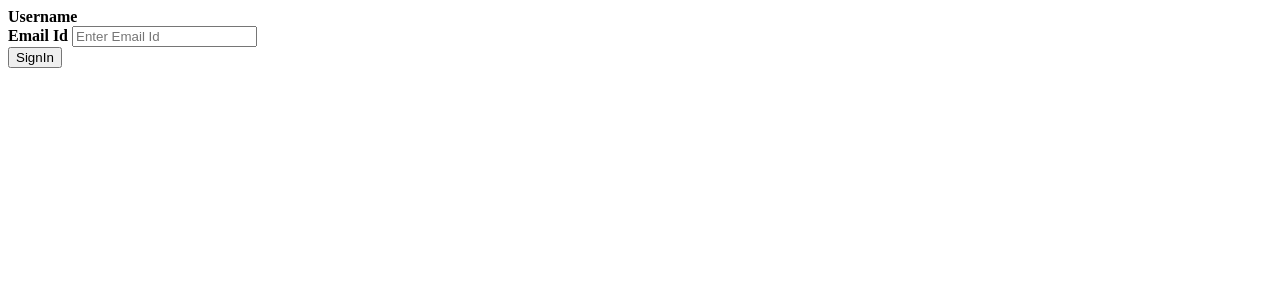
Repository: Lasya-Kankata/FSD_with_java
Page: Servlet-jsp-SessionApp/src/main/webapp/index.html
An editor plug-in stored every save of this project. The page is shown before and after the next save, followed by the edit.
The browser window is 1280 px wide. The pictures show the whole page.

Above is the page before, as saved 2024-06-05 09:54:12.

### Servlet-jsp-SessionApp/src/main/webapp/index.html
<!DOCTYPE html>
<html>
<head>
<meta charset="ISO-8859-1">
<title>Login Page</title>
</head>
<body>
	<form action="SessionServlet">
	<label for="username"><b>Username</b></label>
	<br>
	<label for="emailid"><b>Email Id</b></label>
	<input type="text" placeholder="Enter Email Id" name="emailid"
	required>
	<br>
	<input type="submit" value="SignIn"></form>
</body>
</html>

After the next save:
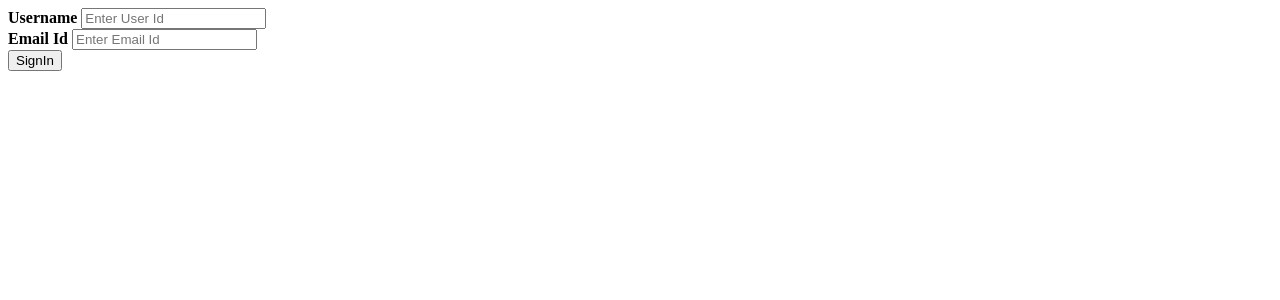
Saved 2 min 50 s later.
--- a/Servlet-jsp-SessionApp/src/main/webapp/index.html
+++ b/Servlet-jsp-SessionApp/src/main/webapp/index.html
@@ -7,6 +7,8 @@
 <body>
 	<form action="SessionServlet">
 	<label for="username"><b>Username</b></label>
+	<input type="text" placeholder="Enter User Id" name="userid"
+	required>
 	<br>
 	<label for="emailid"><b>Email Id</b></label>
 	<input type="text" placeholder="Enter Email Id" name="emailid"
